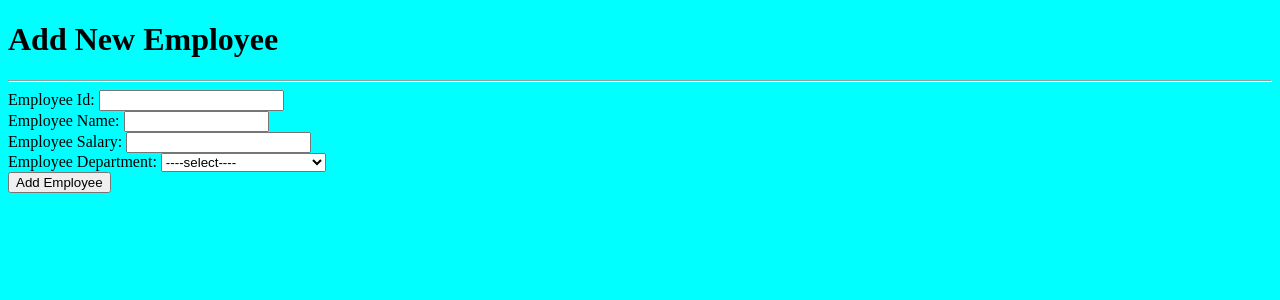
Repository: laikrish/day10
Page: http://localhost/EmployeeApp/
An editor plug-in stored every save of this project. The page is shown before and after the next save, followed by the edit.
The browser window is 1280 px wide. The pictures show the whole page.
The page is served by Tomcat 9. Other server files are loaded and not shown.

Above is the page before, as saved 2018-09-08 06:13:54.

### EmployeeApp/WebContent/addEmployee.jsp
<%@ page language="java" contentType="text/html; charset=ISO-8859-1"
    pageEncoding="ISO-8859-1"%>
<!DOCTYPE html>
<html>
<head>
<meta charset="ISO-8859-1">
<title>New Employee Page</title>
</head>
<body bgcolor="cyan">
<h1>Add New Employee</h1>
<hr>
<form action="addEmployee" method="post">
<label>Employee Id:</label>
<input type="number" name="empId" required/>
<br>
<label>Employee Name:</label>
<input type="text" name="empName" size="15"/>
<br>
<label>Employee Salary:</label>
<input type="number" name="empSalary" size="15"/>
<br>
<label>Employee Department:</label>
<select name="empDept" required>
<option value="">----select----</option>
<option value="IT">IT</option>
<option>value="ADMIN">ADMIN</option>
<option value="ACCOUNTS">ACCOUNTS</option>
<option value="HR">HR</option>
</select>
<br>
<input type="submit" value="Add Employee"/>
</form>
</body>
</html>

After the next save:
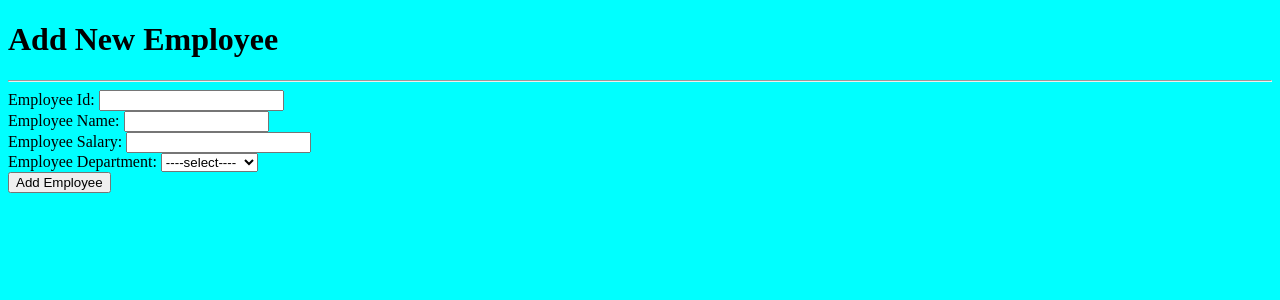
Saved 4 min 4 s later.
--- a/EmployeeApp/WebContent/addEmployee.jsp
+++ b/EmployeeApp/WebContent/addEmployee.jsp
@@ -23,7 +23,7 @@
 <select name="empDept" required>
 <option value="">----select----</option>
 <option value="IT">IT</option>
-<option>value="ADMIN">ADMIN</option>
+<option value="ADMIN">ADMIN</option>
 <option value="ACCOUNTS">ACCOUNTS</option>
 <option value="HR">HR</option>
 </select>
